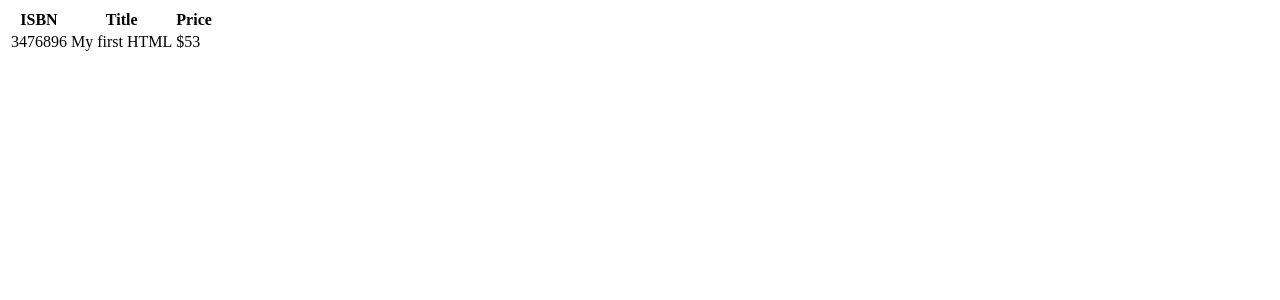
Repository: lukas77pro/html_css_js
Page: html/Test/WebContent/Tabela.html
An editor plug-in stored every save of this project. The page is shown before and after the next save, followed by the edit.
The browser window is 1280 px wide. The pictures show the whole page.

Above is the page before, as saved 2015-07-10 11:45:40.

After the next save:
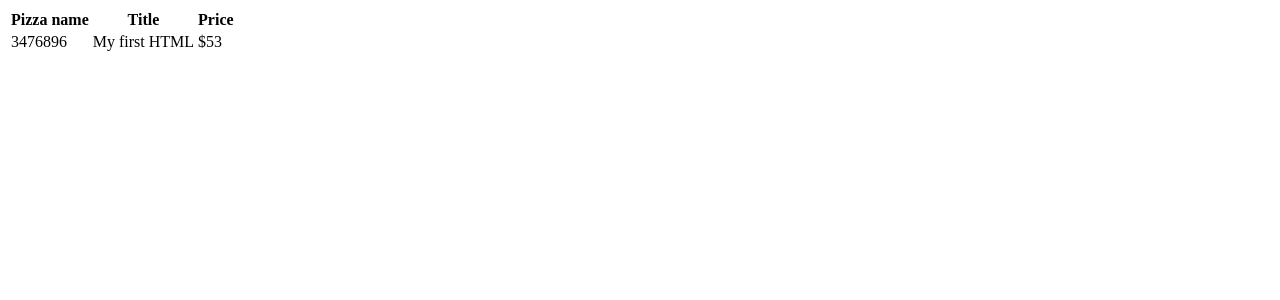
Saved 30 s later.
--- a/html/Test/WebContent/Tabela.html
+++ b/html/Test/WebContent/Tabela.html
@@ -7,7 +7,7 @@
 <body>
  <table>
   <tr>
-    <th>ISBN</th>
+    <th>Pizza name</th>
     <th>Title</th>
     <th>Price</th>
   </tr>
